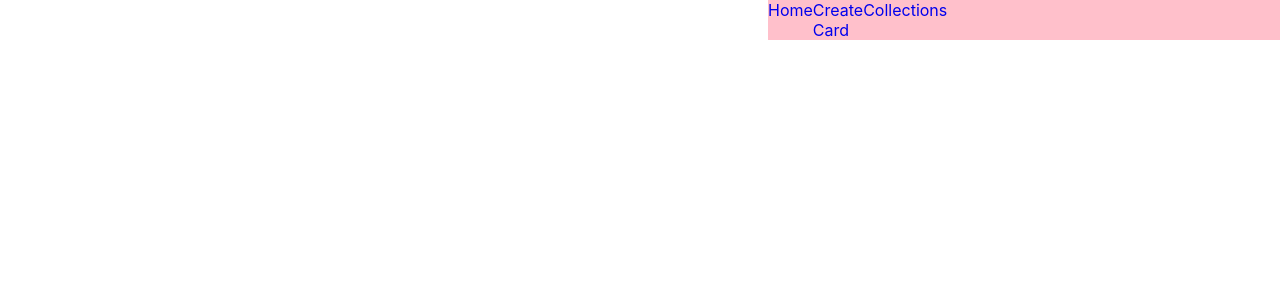
Repository: MikeTroianello/phos-react
Page: /
These files come from the project's save history. The page is drawn as it stood at one moment and after the next save; the edit follows.
The browser window is 1280 px wide. The pictures show the whole page.
The project was rebuilt for these pictures with package versions that can differ from the ones it lists, and the page was loaded fresh each time. A package was used in the major version that the imports need, not the one package.json lists. Also part of the build but not shown: src/App.css, src/components/card/Card.js.

Above is the page before, as saved 2020-06-02 16:33:56.

After the next save:
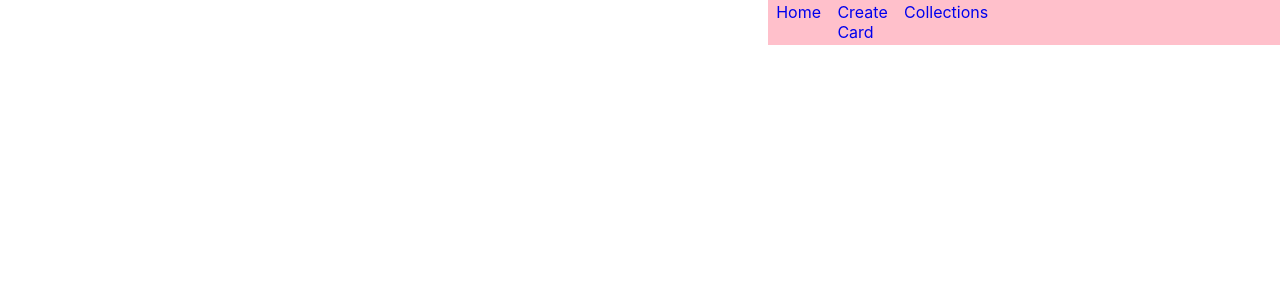
Saved 5 s later.
--- a/src/components/navbar/navbar.css
+++ b/src/components/navbar/navbar.css
@@ -6,12 +6,12 @@ div {
 
 div > div {
   width: 40%;
-  flex-direction: row;
+
   justify-content: space-between;
   background-color: pink;
 }
 
-/* .link {
+.link {
   margin: 3% 10%;
   width: 100%;
-} */
+}
